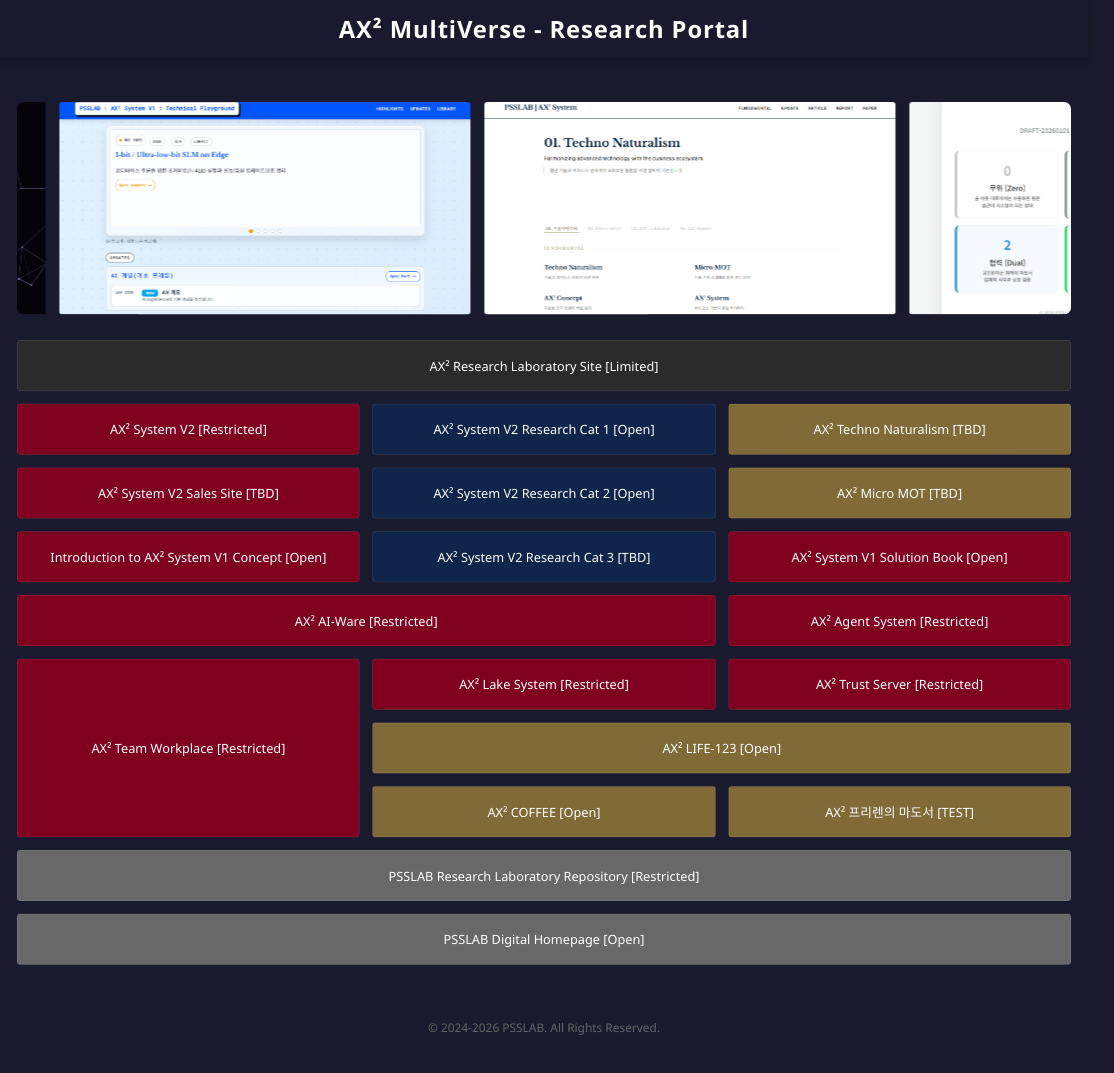
Repository: hycse89/PSSLAB_OpenSite
Page: psslab_multiverse_v3.html
These files come from the project's save history. The page is drawn as it stood at one moment and after a run of saves; the edit follows.
The browser window is 1280 px wide. The page is 1310 px wide, so the pictures cover 1310 px, including what lies to the right of the window. The pictures show the whole page, at 85% of full size.

Above is the page before, as saved 2026-01-11 21:52:47.

After the next 2 saves:
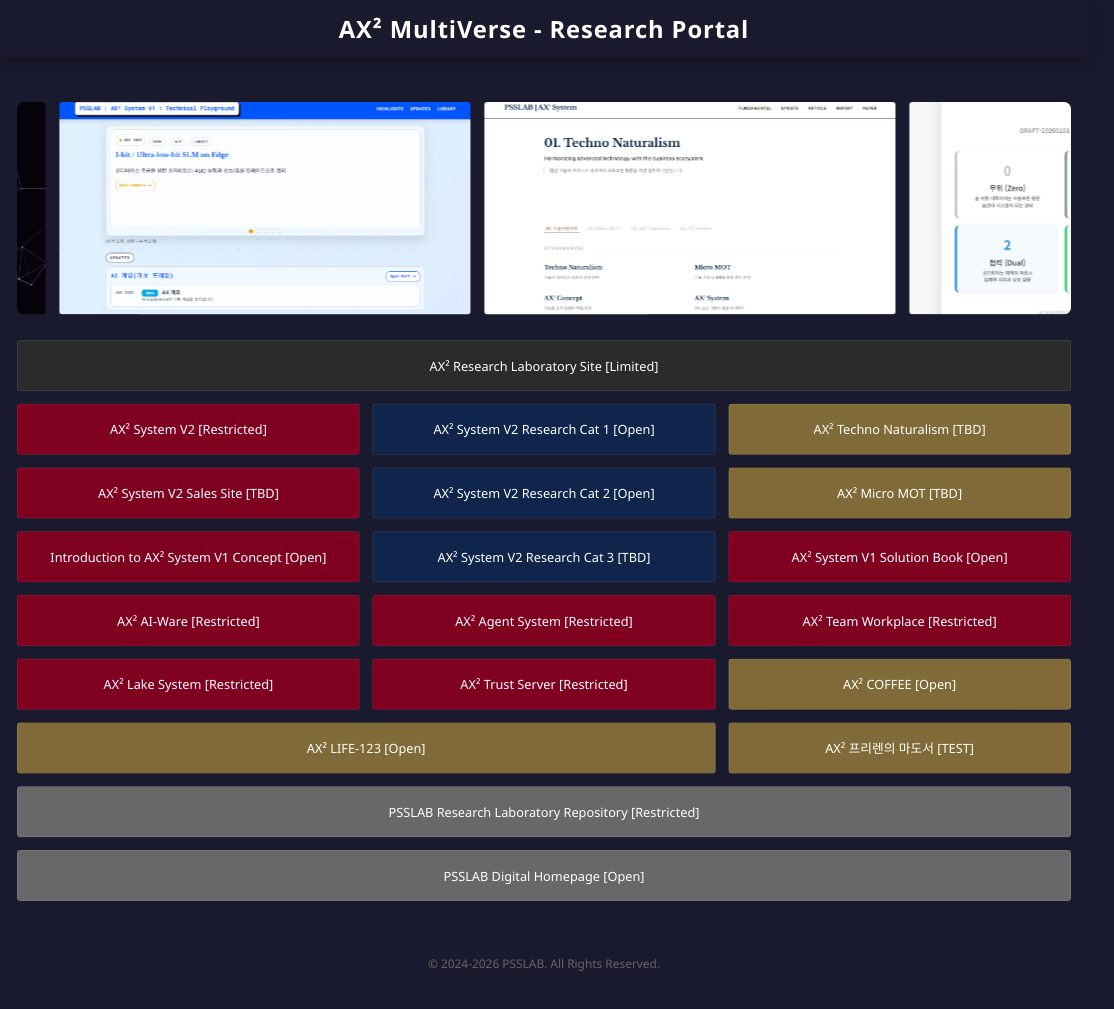
The 2 saves are shown as one change because they came seconds apart.
The last was saved 44 s later.
--- a/psslab_multiverse_v3.html
+++ b/psslab_multiverse_v3.html
@@ -199,9 +199,9 @@
 
             <a href="ax2_v1_concept/solution_book/index.html" class="link-button color-2 h-1">AX² System V1 Solution Book [Open]</a>
 
-            <a href="http://localhost:8002" class="link-button color-2 w-2 h-1">AX² AI-Ware [Restricted]</a>
+            <a href="http://localhost:8002" class="link-button color-2 w-1 h-1">AX² AI-Ware [Restricted]</a>
             <a href="http://localhost:8003" class="link-button color-2 h-1">AX² Agent System [Restricted]</a>
-            <a href="http://localhost:8007" class="link-button color-2 h-3">AX² Team Workplace [Restricted]</a>
+            <a href="http://localhost:8007" class="link-button color-2 h-1">AX² Team Workplace [Restricted]</a>
             <a href="http://localhost:8004" class="link-button color-2 h-1">AX² Lake System [Restricted]</a>
             <a href="http://localhost:8005" class="link-button color-2 h-1">AX² Trust Server [Restricted]</a>
 
